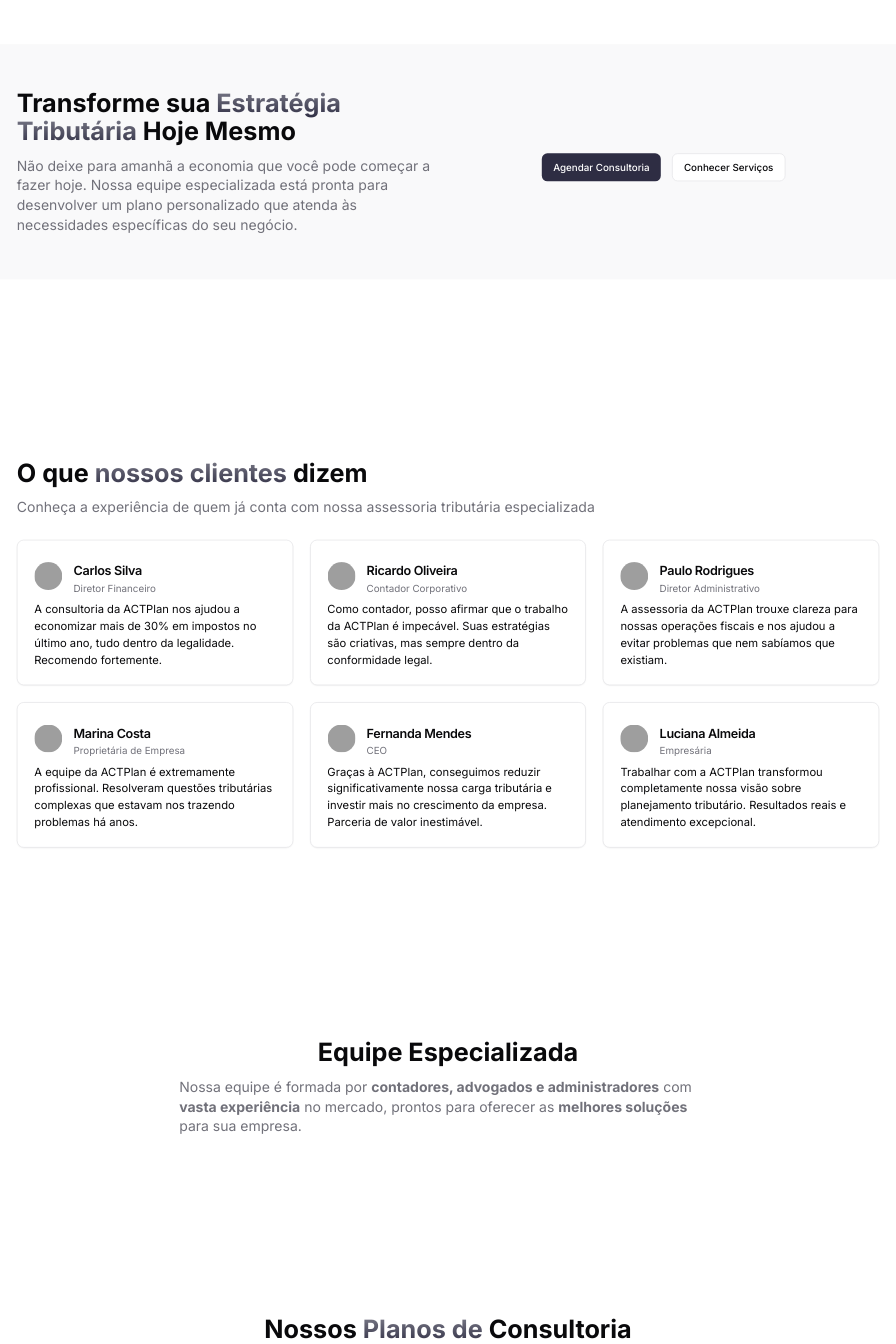
Repository: xoiurp/actplan-landing-page
Page: / (app in shadcn-landing-page-main/)
The author's editor kept a copy of each file at every save. The page is drawn from the files as they stood at one save, then again after the next save.
The browser window is 1280 px wide. The pictures show the part of the page from y = 4580 to 6500 px (the page is 8630 px tall), at 70% of full size.
Pictures or frames that could not be fetched are drawn as grey boxes. The project was rebuilt for these pictures with package versions that can differ from the ones it lists, and the page was loaded fresh each time. Also part of the build but not shown: shadcn-landing-page-main/vite.config.ts.

Above is the page before, as saved 2025-06-24 17:34:49.

After the next save:
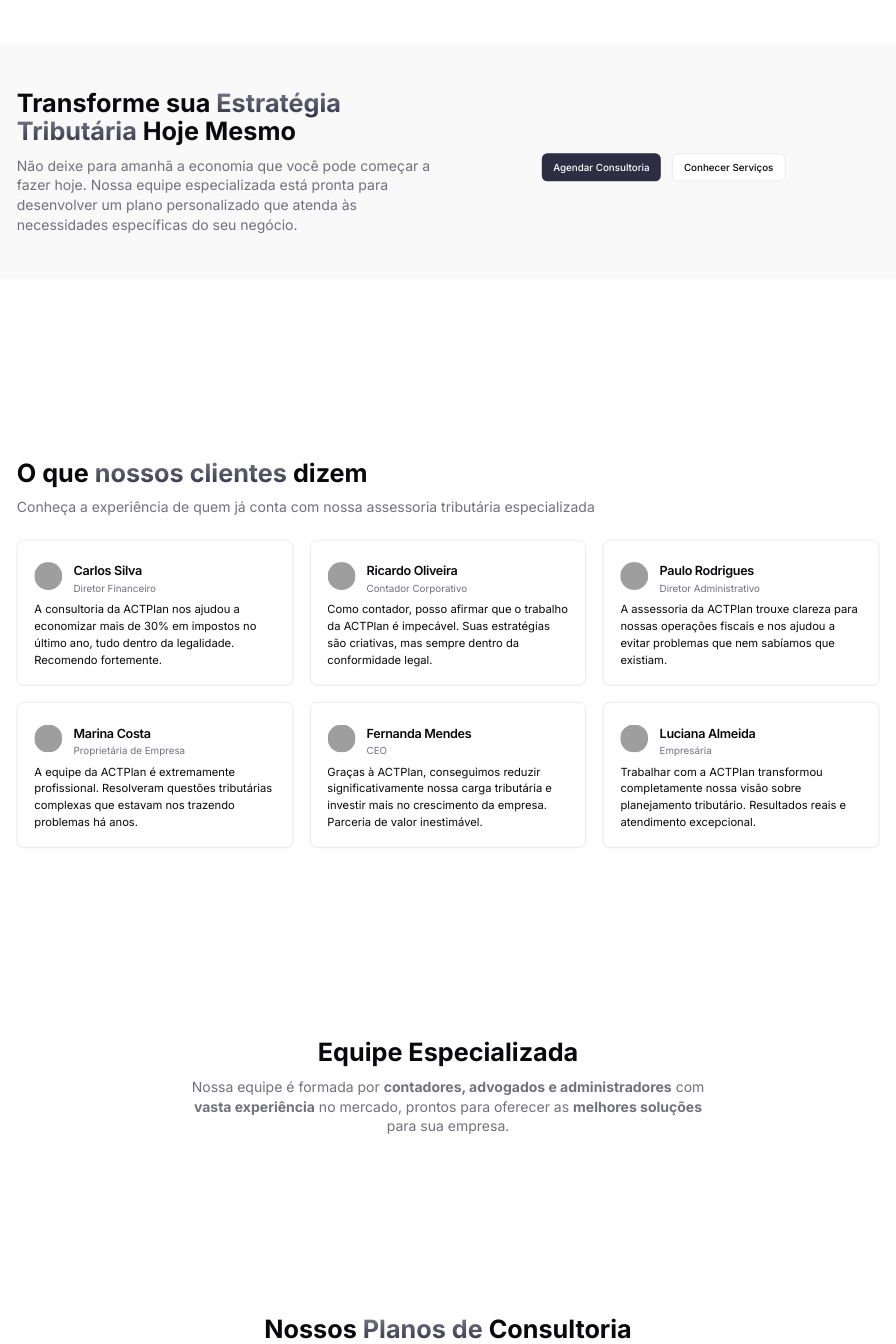
Saved 20 s later.
--- a/shadcn-landing-page-main/src/components/Team.tsx
+++ b/shadcn-landing-page-main/src/components/Team.tsx
@@ -8,7 +8,7 @@ export const Team = () => {
         Equipe Especializada
       </h2>
 
-      <p className="text-xl text-muted-foreground mt-4 max-w-3xl mx-auto">
+      <p className="text-xl text-muted-foreground mt-4 max-w-3xl mx-auto text-center">
         Nossa equipe é formada por <strong>contadores, advogados e administradores</strong> com <strong>vasta experiência</strong> no mercado, prontos para oferecer as <strong>melhores soluções</strong> para sua empresa.
       </p>
     </section>
